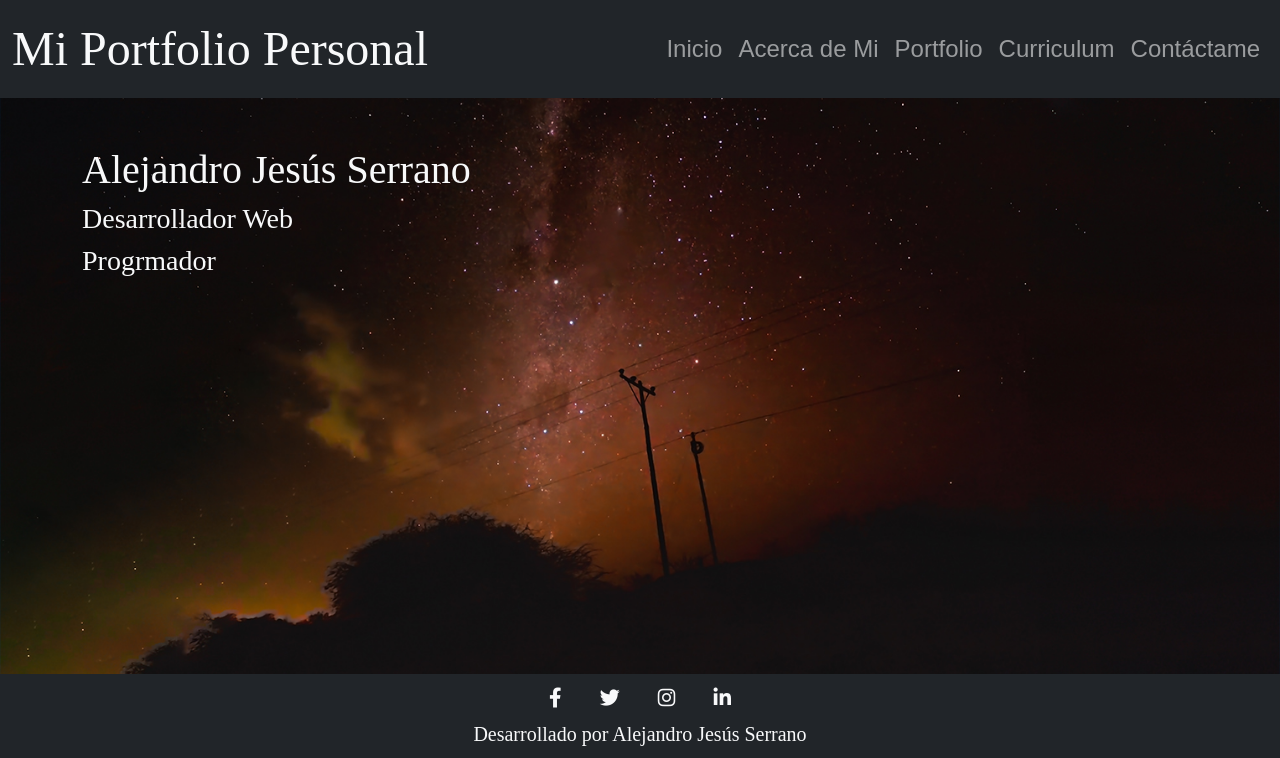
Repository: AlejandroJesusSerrano/portfolio
Page: portfolio/core/templates/core/home.html
The author's editor kept a copy of each file at every save. The page is drawn from the files as they stood at one save, then again after the next save.
The browser window is 1280 px wide. The pictures show the whole page.
Some web fonts or font styles are not loaded; a fallback is used. The template is drawn by Django 4.2. The application's start-up code is not run. Other server files are loaded and not shown. The template is opened directly, without the code that normally fills it, so the values that code supplies are empty.

Above is the page before, as saved 2023-09-06 09:12:20.

### portfolio/core/templates/core/home.html
{% extends 'core/base.html' %}
{% load static %}

{% block title %} Inicio {% endblock title %}

<!-- header -->
{% block content %}
<div class="home bkg-img p-5">
  <div class="container">
    <div class="row">
      <div class="col-12 brand">
        <div>
          <h1>Alejandro Jesús Serrano</h1>
        </div>
        <div>
          <h3>Desarrollador Web</h3>
        </div>
        <div>
          <h3>Progrmador</h3>
        </div>
      </div>
    </div>
  </div>
</div>
{% endblock content %}

### portfolio/core/templates/core/base.html
{% load static %}

<!DOCTYPE html>
<html lang="en">

<head>
  <meta charset="UTF-8">
  <meta name="viewport" content="width=device-width, initial-scale=1.0">
  <link rel="stylesheet" href={% static 'lib/bootstrap-5.2/css/bootstrap.min.css' %}>
  <link rel="stylesheet" href={% static 'lib/fontawesome-6.4.2/css/all.min.css' %}>
  <link rel="stylesheet" href={% static 'css/styles.css' %}>
  <title>Portafolio Personal - {% block title %} {% endblock title %}</title>
</head>

<body>
  <!-- HEADER -->
  <nav class="navbar navbar-expand-lg navbar-dark bg-dark">
    <div class="container-fluid">
      <a class="navbar-brand brand" href={% url 'home' %}>Mi Portfolio Personal</a>
      <button class="navbar-toggler" type="button" data-bs-toggle="collapse" data-bs-target="#navbarNav"
        aria-controls="navbarNav" aria-expanded="false" aria-label="Toggle navigation">
        <span class="navbar-toggler-icon"></span>
      </button>
      <div class="collapse navbar-collapse" id="navbarNav">
        <ul class="navbar-nav nav_menu ms-auto">
          <li class="nav-item">
            <a class="nav-link" aria-current="page" href={% url 'home' %}>Inicio</a>
          </li>
          <li class="nav-item">
            <a class="nav-link" href={% url 'about' %}>Acerca de Mi</a>
          </li>
          <li class="nav-item">
            <a class="nav-link" href={% url 'portfolio' %}>Portfolio</a>
          </li>
          <li class="nav-item">
            <a class="nav-link" href={% url 'curriculum' %}>Curriculum</a>
          </li>
          <li class="nav-item">
            <a class="nav-link" href={% url 'contact' %}>Contáctame</a>
          </li>
        </ul>
      </div>
    </div>
  </nav>

  <!-- CONTENT - Template Tags -->

  {% block content %} {%endblock content%}

  <div class="mb-0">
    <footer class="bg-dark text-center text-light">
      <section>
        <div class="container">
          <a class="btn btn-link btn-floating btn-lg text-light" href="#" role="button">
            <i class="fab fa-facebook-f"></i>
          </a>
          <a class="btn btn-link btn-floating btn-lg text-light" href="#" role="button">
            <i class="fab fa-twitter"></i>
          </a>
          <a class="btn btn-link btn-floating btn-lg text-light" href="#" role="button">
            <i class="fab fa-instagram"></i>
          </a>
          <a class="btn btn-link btn-floating btn-lg text-light" href="#" role="button">
            <i class="fab fa-linkedin-in"></i>
          </a>
        </div>
        <div class="container">
          <div class="pb-1">
            <h5 class="develop">Desarrollado por Alejandro Jesús Serrano</h5>
          </div>
        </div>
      </section>
    </footer>
  </div>
  <!-- End of .container -->

  <script src={% static 'lib/bootstrap-5.2/js/bootstrap.min.js' %}></script>
  <script src={% static 'lib/fontawesome-6.4.2/js/all.min.js' %}></script>
</body>

</html>

### portfolio/static/css/styles.css
@import url("https://fonts.googleapis.com/css2?family=Arima:wght@500;700&family=Average+Sans&family=Mulish:ital,wght@0,400;0,500;0,700;1,400;1,500;1,700&display=swap");

* {
  margin: 0;
  padding: 0;
  box-sizing: border-box;
}

.brand {
  font-family: "Arima", cursive;
  font-size: 3rem;
  color: #f8f9fa;
}

.nav_menu {
  font-family: "Average Sans", sans-serif;
  font-size: 1.5rem;
}

.develop {
  font-family: "Arima", cursive;
  font-size: 1.25rem;
}

.home {
  background-image: url(../img/sancarlos_noche_web.jpg);
  background-size: cover;
  background-position: center;
  height: 80vh;
}

Loaded but not shown: portfolio/static/lib/bootstrap-5.2/css/bootstrap.min.css (library); portfolio/static/lib/fontawesome-6.4.2/css/all.min.css (library); portfolio/static/lib/bootstrap-5.2/js/bootstrap.min.js (library)

After the next save:
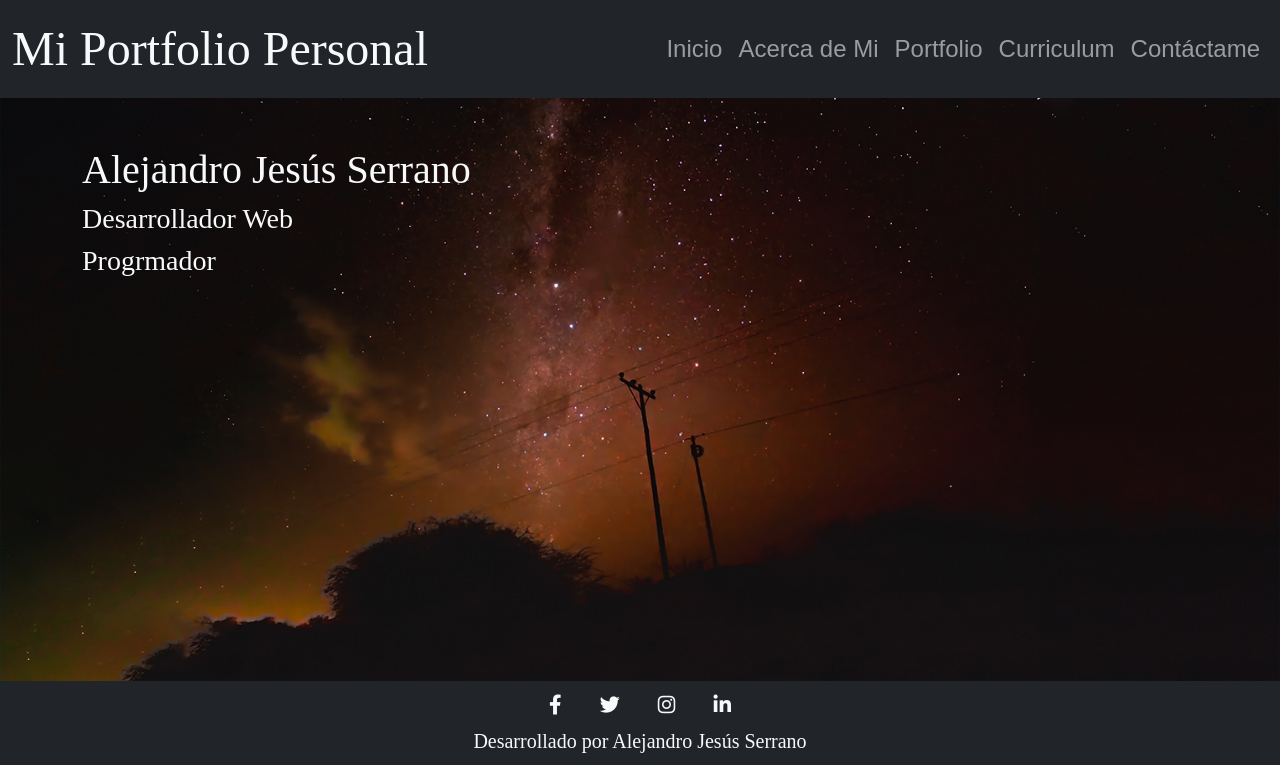
Saved 10 s later.
--- a/portfolio/static/css/styles.css
+++ b/portfolio/static/css/styles.css
@@ -26,5 +26,5 @@
   background-image: url(../img/sancarlos_noche_web.jpg);
   background-size: cover;
   background-position: center;
-  height: 80vh;
+  height: 81vh;
 }
